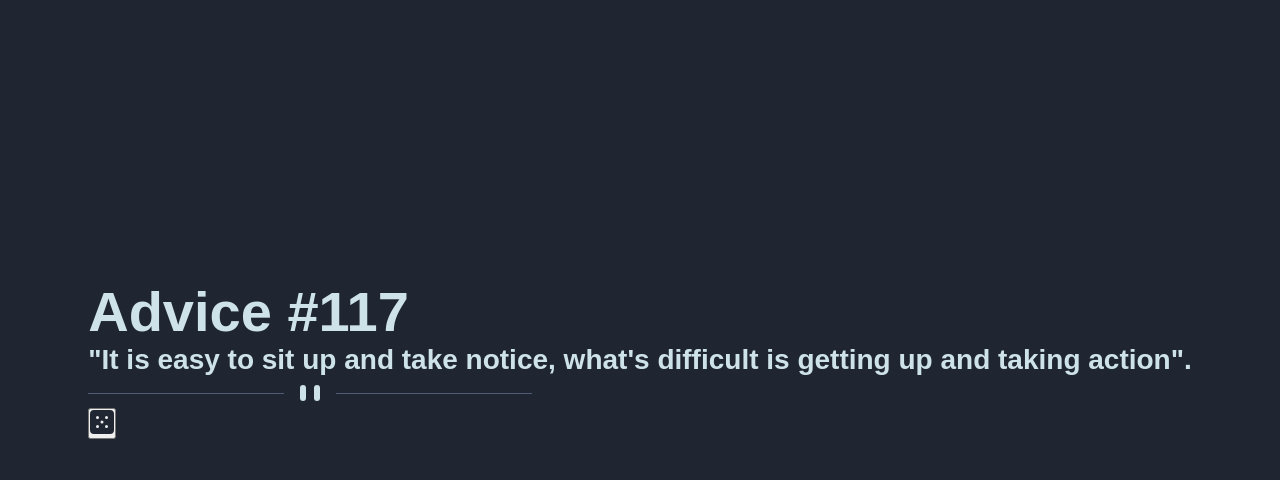
Repository: Daki-builds/advice-generator-app
Page: index.html
An editor plug-in stored every save of this project. The page is shown before and after the next save, followed by the edit.
The browser window is 1280 px wide. The pictures show the whole page.

Above is the page before, as saved 2026-10-08 07:14:28.

After the next save:
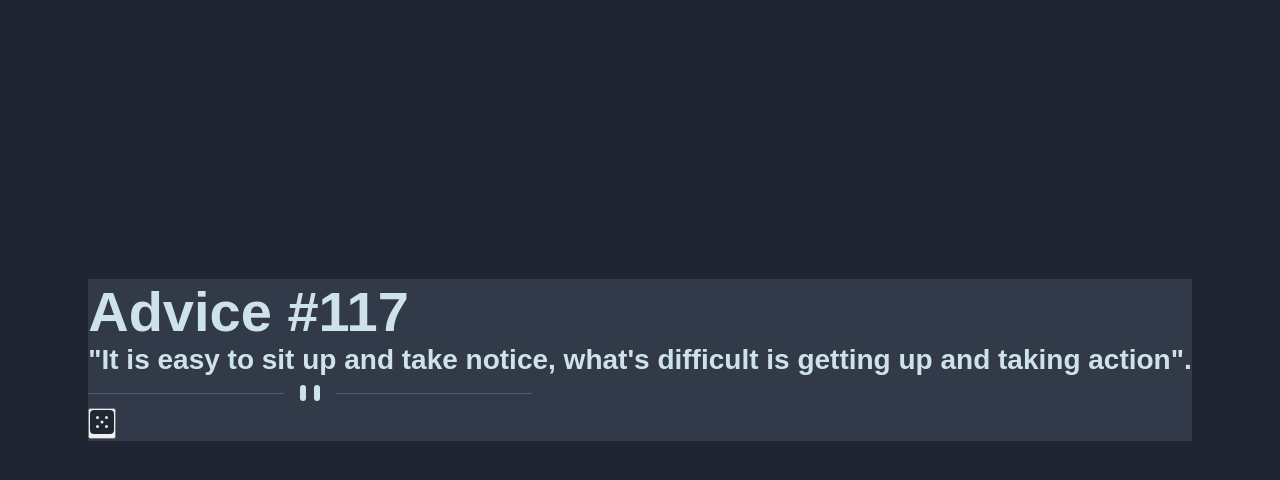
Saved 10 h 58 min later.
--- a/style.css
+++ b/style.css
@@ -27,3 +27,7 @@ body {
   align-items: center;
   min-height: 100vh;
 }
+
+.container {
+  background-color: var(--blue-900);
+}
